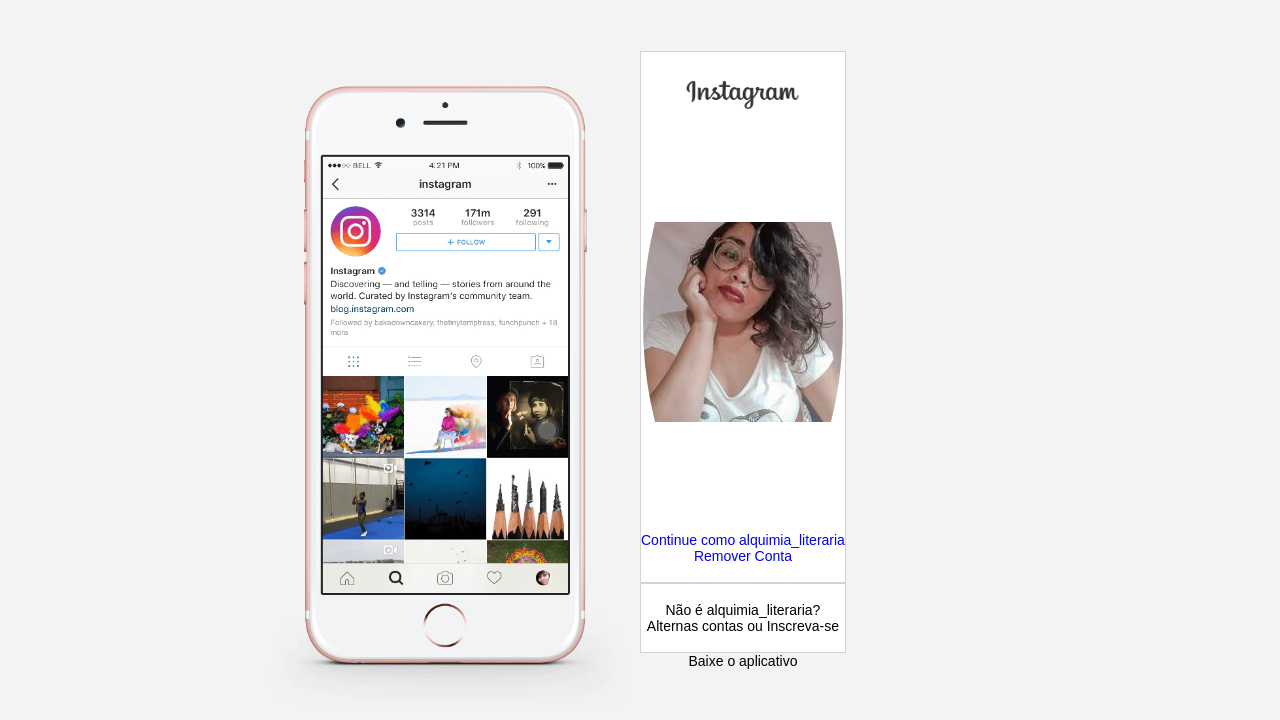
Repository: SrtaPoe/instagram-clone
Page: index.html
The author's editor kept a copy of each file at every save. The page is drawn from the files as they stood at one save, then again after the next save.
The browser window is 1280 px wide. The pictures show the whole page.

Above is the page before, as saved 2020-10-11 18:48:15.

### index.html
<!DOCTYPE html>
<html lang="en">
<head>
    <meta charset="UTF-8">
    <meta name="viewport" content="width=device-width, initial-scale=1.0">
    <meta http-equiv="X-UA-Compatible" content="ie=edge">
    <link rel="stylesheet" href="style.css">
    <title>Instagram</title>
</head>
<body>
    <div class="instagram-wrapper">
        <div class="instagram-phone">
            <img src="/images/phone.png" alt="celular">

        </div>

        <div class="instagram-continue">
            <div class="group">
                <img src="/images/instagram-logo-1.png" class="instagram-logo" alt="Instagram Logo">
                <div class="profile-photo">
                    <img src="/images/perfil.jpg" alt="foto do perfil">
                </div>

                <a href="#" class="instragram-login">Continue como alquimia_literaria</a>
                <a href="#" class="instagram-logout">Remover Conta</a>
            </div>
            <div class="group">
                <p class="not-account">Não é alquimia_literaria?</p>
                <p class="notaccount">
                    <span class="link-blue">Alternas contas</span>
                    ou
                    <span class="link-blue">Inscreva-se</span>
                </p>
            </div>
            <div class="get-the-app">
                <p class="get-app">Baixe o aplicativo</p>
                <div class="download">
                    <a href="#" class="app-download"></a>
                    <a href="#" class="app-download"></a>
                </div>

            </div>
        </div>
    </div>
</body>
</html>

### style.css
*{
    padding:0;
    margin:0;
    box-sizing: border-box;
    text-decoration:none;
    font-family: Sans-serif;
    font-size: 14px
}

body {
    width: 100%;
    min-height: 100vh;
    background-color: rgb(243,243,243);
    margin: 0;
    padding: 0;
    display: flex;
    justify-content: center;
}

.instagram-wrapper {
    display: flex;
    align-items: center;
    justify-content: start;
    width:60%;
    height: 100vh;
}

.instagram-phone {
    display:flex;
    align-items: center;
    justify-content: center;
    width: 50%;
}

.instagram-phone img {
    height: 50rem;
}

.instagram-logo {
    display:flex;
    align-items: center;
    justify-content: center;
    width: 3rem%
}


.instagram-continue {
    display: flex;
    align-items: center;
    justify-content: space-around;
    flex-direction: column;
    widows: 50%;
    min-height: 34rem;
}

.group {
    display: flex;
    justify-content: space-between;
    align-items: center;
    flex-direction: column;
    background-color: #ffffff;
    width: 100%;
    padding: 1.3rem 0;
    border: 1px solid lightgray;
}

.group:nth-child(1){
    min-height: 19rem;
}

.instagram-logo{ /*opção que diminiu o tamanho da logo que escolhi */
    height: 3rem;
}

.profile-photo {
    display: flex;
    justify-content: center;
    align-items: center;
    border-radius: 90%;
    overflow: hidden;
    height: 30rem;
}

After the next save:
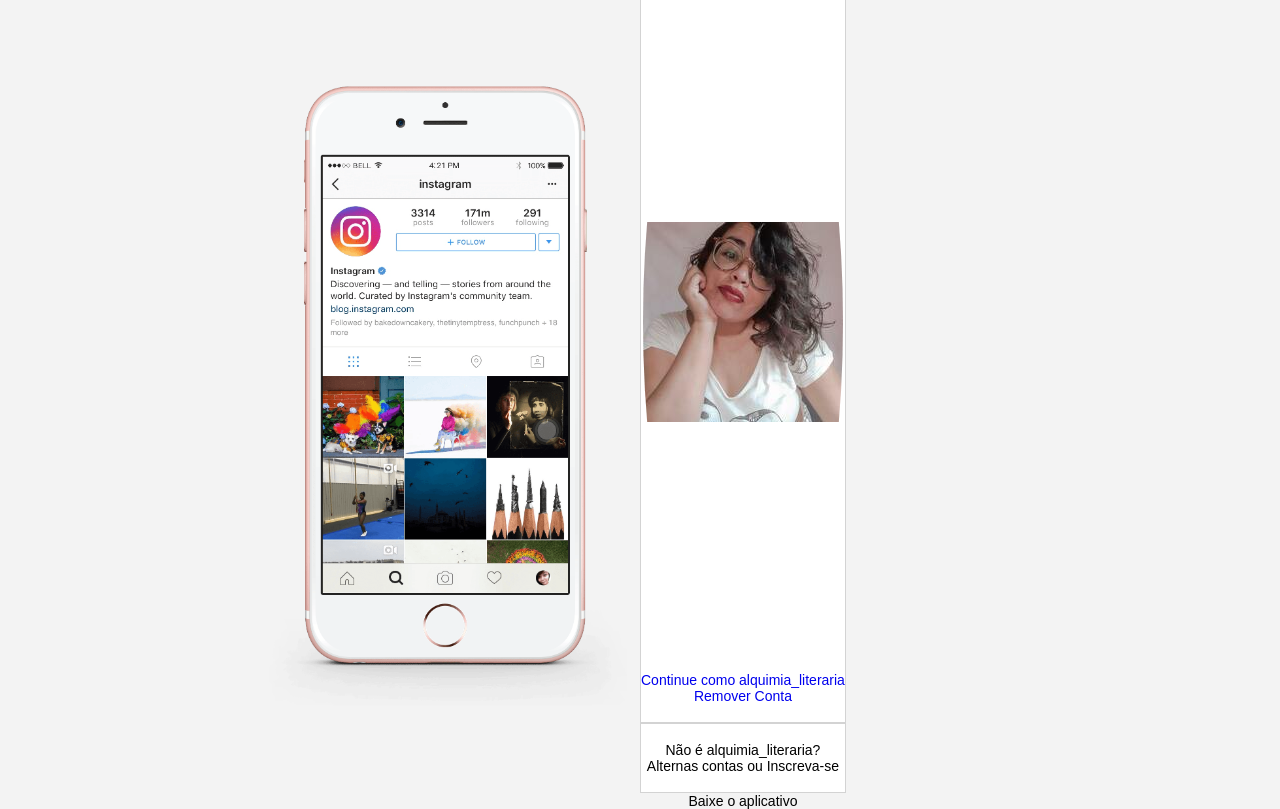
Saved 10 s later.
--- a/style.css
+++ b/style.css
@@ -78,5 +78,5 @@
     align-items: center;
     border-radius: 90%;
     overflow: hidden;
-    height: 30rem;
+    height: 50rem;
 }
